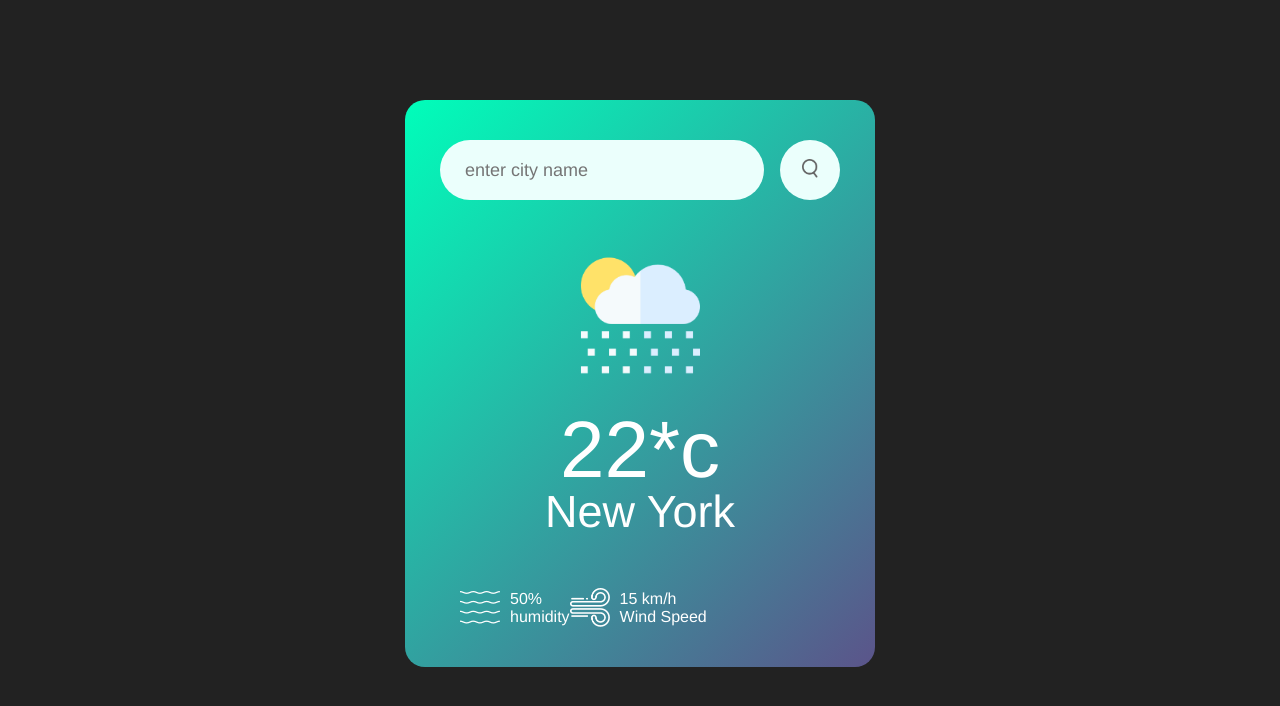
Repository: sodmaq/weatherApp
Page: index.html
An editor plug-in stored every save of this project. The page is shown before and after the next save, followed by the edit.
The browser window is 1280 px wide. The pictures show the whole page.

Above is the page before, as saved 2023-06-24 22:45:56.

### index.html
<!DOCTYPE html>
<html lang="en">
  <head>
    <meta charset="UTF-8" />
    <meta name="viewport" content="width=device-width, initial-scale=1.0" />
    <link rel="stylesheet" href="style.css" />
    <title>Weather App</title>
  </head>
  <body>
    <div class="card">
      <div class="search">
        <input type="text" placeholder="enter city name" spellcheck="false" />
        <button><img src="images/search.png" alt="search_icon" /></button>
      </div>
      <div class="weather">
        <img src="images/rain.png" alt="rain_icon" class="weather-icon" />
        <h1 class="temp">22*c</h1>
        <h2 class="city">New York</h2>
        <div class="details">
          <div class="col">
            <img src="images/humidity.png" alt="humidity_icon" />
            <div>
              <p class="humidity">50%</p>
              <p>humidity</p>
            </div>

            <div class="col">
                <img src="images/wind.png" alt="wind_icon" />
                <div>
                  <p class="Wind">15 km/h</p>
                  <p>Wind Speed</p>
                </div>
          </div>
        </div>
      </div>
    </div>
  </body>
</html>

### style.css
* {
  margin: 0;
  padding: 0;
  font-family: "Franklin Gothic Medium", "Arial Narrow", Arial, sans-serif;
  box-sizing: border-box;
}
body {
  background-color: #222;
}

.card {
  width: 90%;
  max-width: 470px;
  background: linear-gradient(135deg, #00feba, #5b548a);
  color: #fff;
  margin: 100px auto 0;
  border-radius: 20px;
  padding: 40px 35px;
  text-align: center;
}
.search {
  width: 100%;
  display: flex;
  align-items: center;
  justify-content: space-between;
}

.search input {
  border: 0;
  outline: 0;
  background: #ebfffc;
  color: #555;
  padding: 10px 25px;
  height: 60px;
  border-radius: 30px;
  flex: 1;
  margin-right: 16px;
  font-size: 18px;
}
.search button {
  border: 0;
  outline: 0;
  background: #ebfffc;
  border-radius: 50%;
  width: 60px;
  height: 60px;
  cursor: pointer;
}
.search button img {
  width: 16px;
}
.weather-icon {
  width: 170px;
  margin-top: 30px;
}
.weather h1 {
  font-size: 80px;
  font-weight: 500;
}

.weather h2 {
  font-size: 45px;
  font-weight: 400;
  margin-top: -10px;
}

.details {
  display: flex;
  align-items: center;
  justify-content: space-between;
  padding: 0 20px;
  margin-top: 50px;
}

.col {
  display: flex;
  align-items: center;
  text-align: left;
}
.col img {
  width: 40px;
  margin-right: 10px ;
}

After the next save:
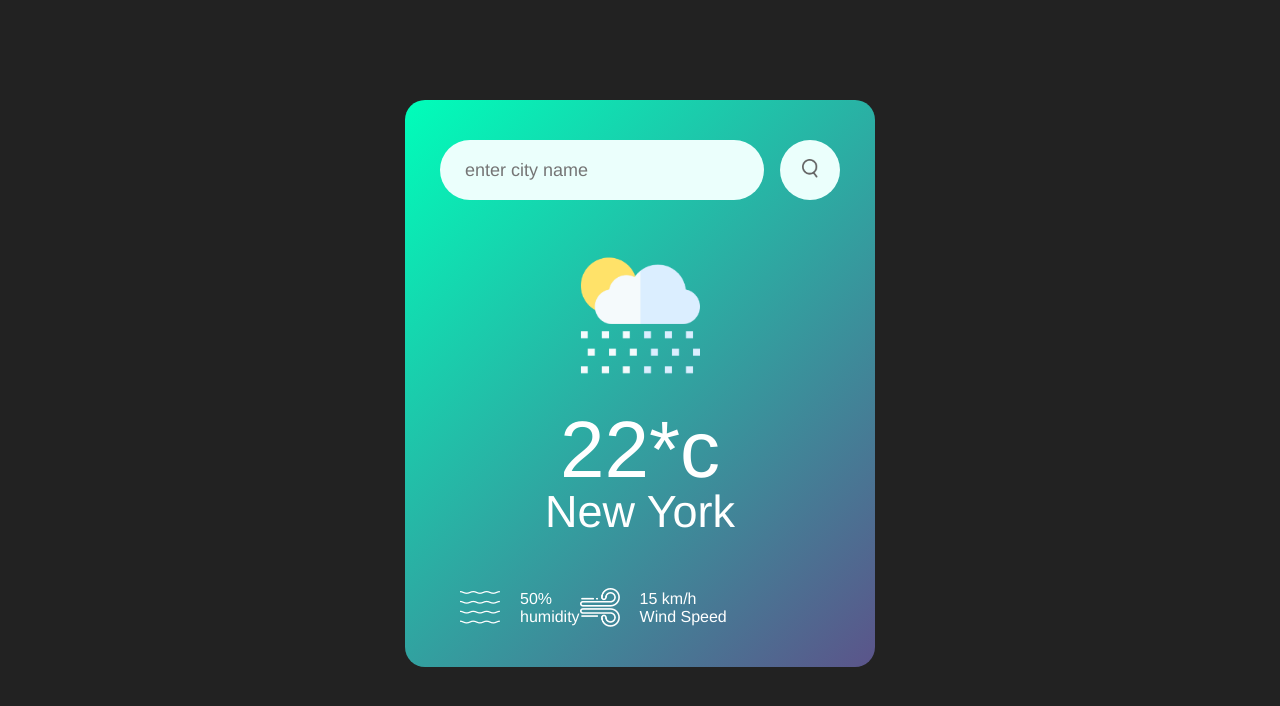
Saved 2 min 54 s later.
--- a/style.css
+++ b/style.css
@@ -79,5 +79,5 @@
 }
 .col img {
   width: 40px;
-  margin-right: 10px ;
+  margin-right: 20px ;
 }

After the save that followed:
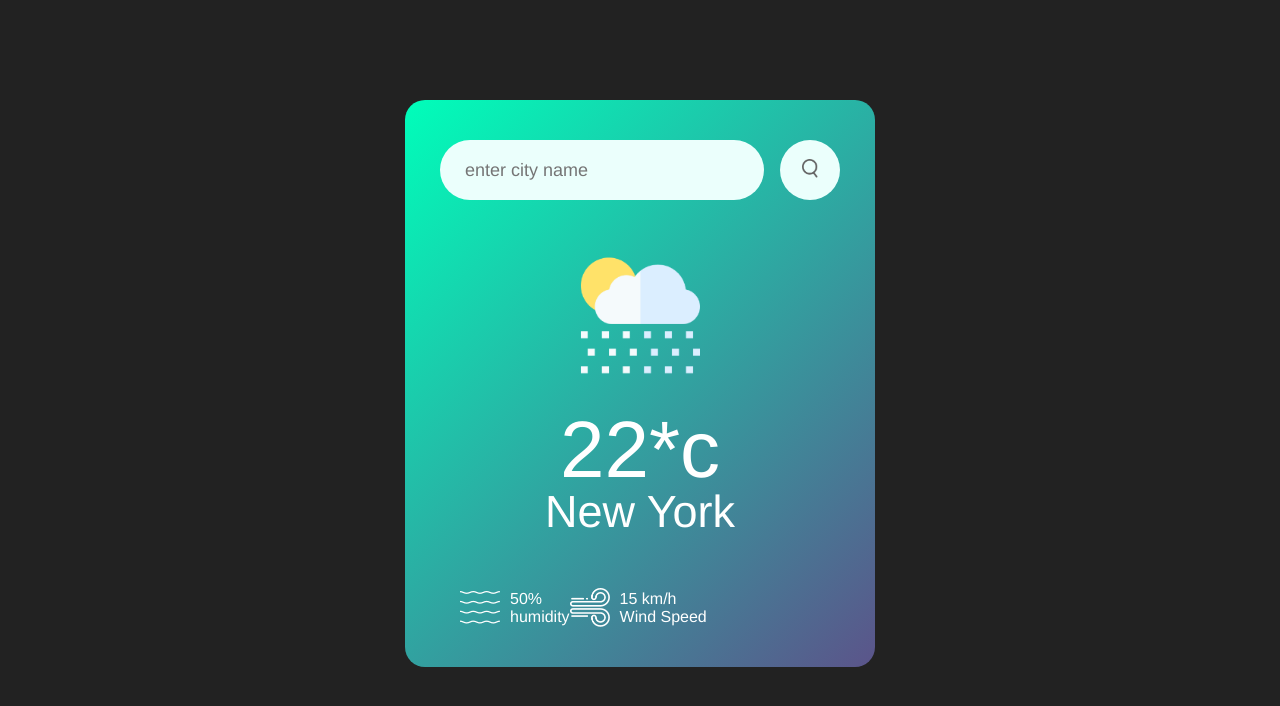
Saved 11 s later.
--- a/style.css
+++ b/style.css
@@ -79,5 +79,5 @@
 }
 .col img {
   width: 40px;
-  margin-right: 20px ;
+  margin-right: 10px ;
 }
